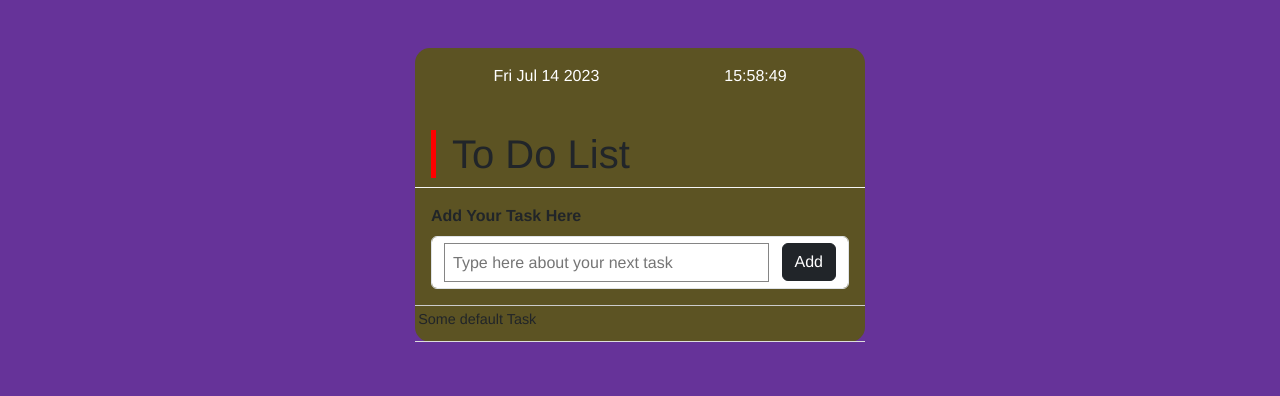
Repository: Passionblaz/TODO
Page: TODO/Untitled-1.html
The author's editor kept a copy of each file at every save. The page is drawn from the files as they stood at one save, then again after a run of saves.
The browser window is 1280 px wide. The pictures show the whole page.

Above is the page before, as saved 2023-07-14 16:13:12.

After the next 3 saves:
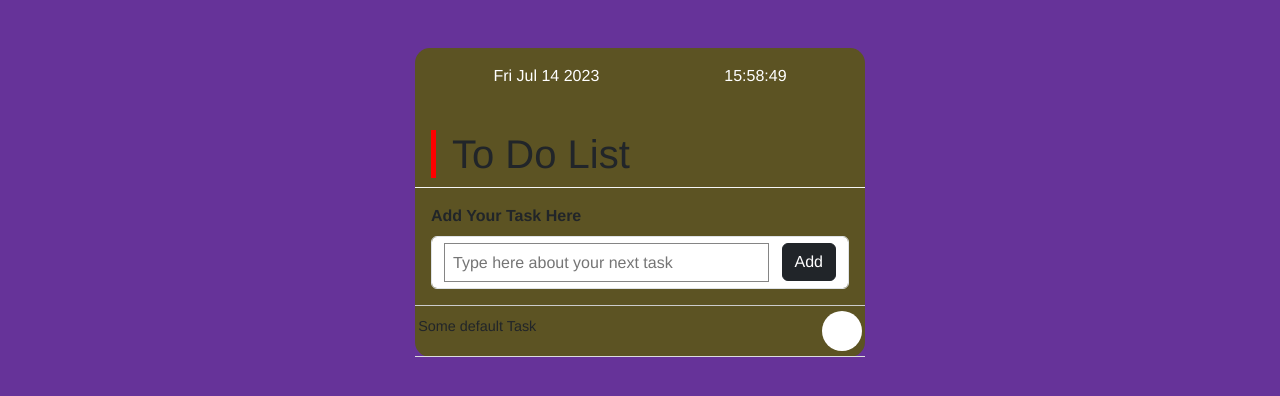
The 3 saves are shown as one change because they came seconds apart.
The last was saved 13 s later.
--- a/TODO/Untitled-1.html
+++ b/TODO/Untitled-1.html
@@ -61,6 +61,7 @@
     <button class="edit-todo">
       <i class="fa-solid fa-pen"></i>
     </button>
+    -->
     <button class="remove-todo">
       <i class="fa-solid fa-xmark"></i>
     </button>
